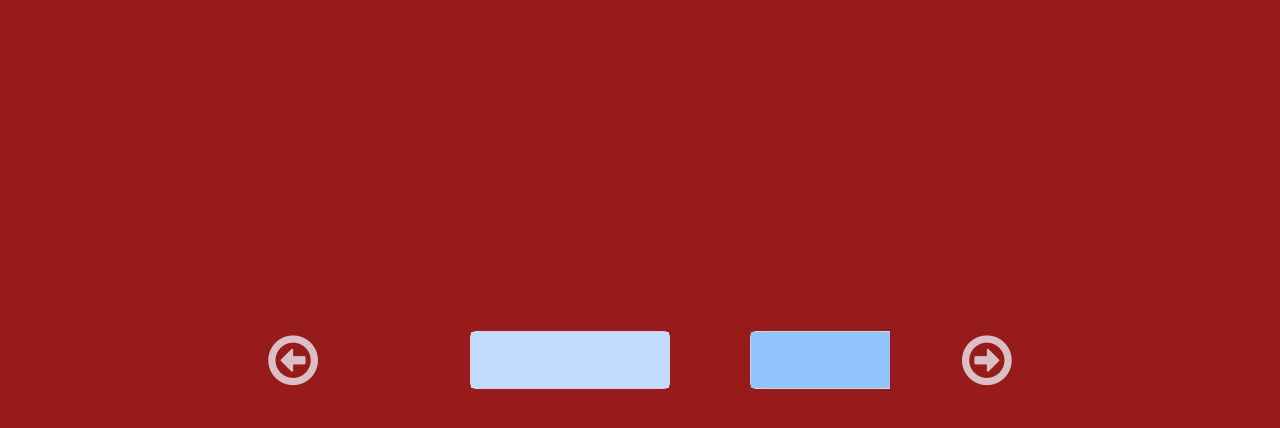
Repository: go23rishu/BagsWebsite
Page: bucketbagcarousel.html
The author's editor kept a copy of each file at every save. The page is drawn from the files as they stood at one save, then again after the next save.
The browser window is 1280 px wide. The pictures show the whole page.
Some web fonts or font styles are not loaded; a fallback is used. Some web libraries are served in a nearby version.

Above is the page before, as saved 2023-06-21 14:16:52.

After the next save:
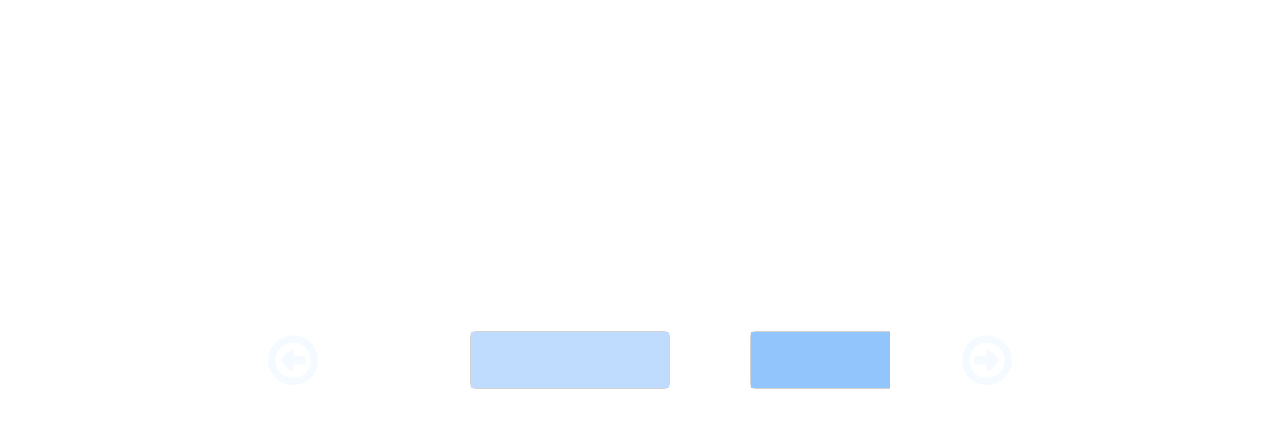
Saved 27 s later.
--- a/bucketbagcarousel.css
+++ b/bucketbagcarousel.css
@@ -1,5 +1,5 @@
 .carousel {
-  background-color: #971b1b;
+  background-color: white;
 }
 #prev i,
 #next i {
